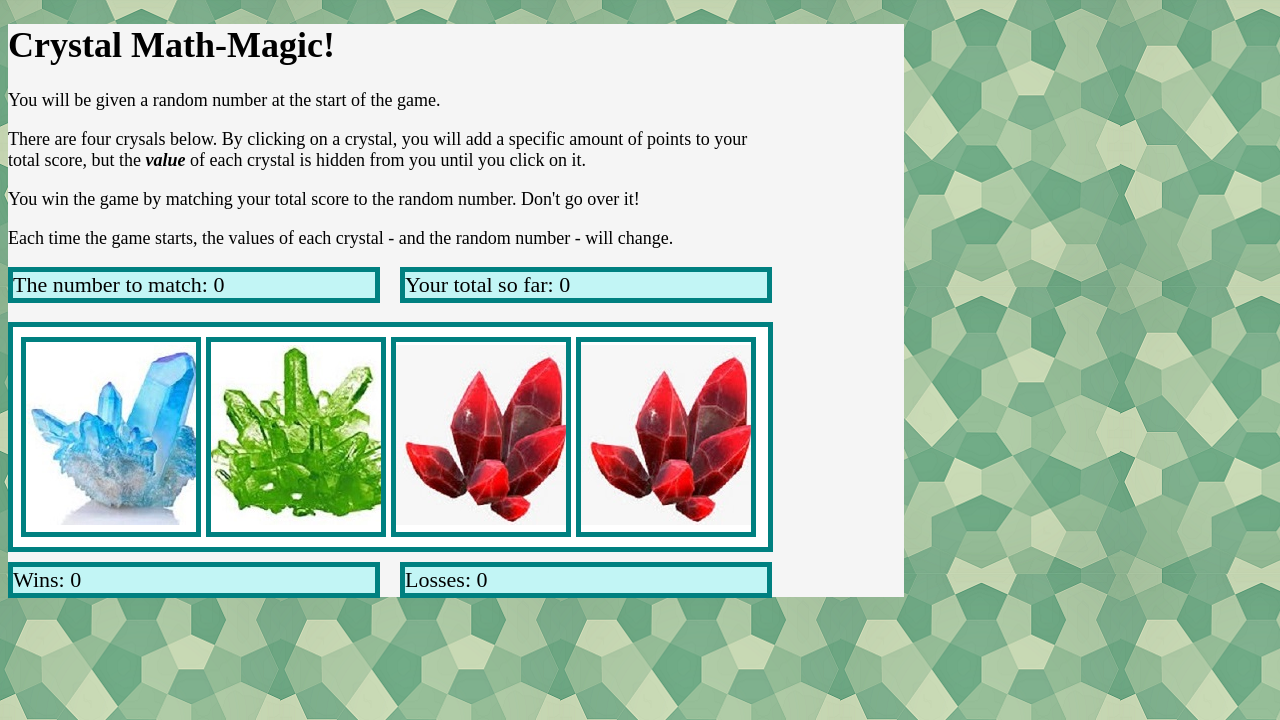
Repository: dsaftler/unit-4-game
Page: index.html
These files come from the project's save history. The page is drawn as it stood at one moment and after the next save; the edit follows.
The browser window is 1280 px wide. The pictures show the whole page.
Some web fonts or font styles are not loaded; a fallback is used.

Above is the page before, as saved 2019-04-01 22:45:04.

### index.html
<!DOCTYPE html>
<html lang="en">
<head>
  <meta charset="UTF-8">
  <meta name="viewport" content="width=device-width, initial-scale=1.0">
  <meta http-equiv="X-UA-Compatible" content="ie=edge">
  <link rel="stylesheet" href="assets/css/reset.css">
  <link rel="stylesheet" href="assets/css/style.css">
  <link href="https://fonts.googleapis.com/css?family=BioRhyme" rel="stylesheet">

  <title>Puzzle Crystal matching</title>
</head>
<body>
<div class="container">
  <h1>Crystal Math-Magic!</h1>
  <div class="instructions">
  <p>You will be given a random number at the start of the game.</p>
  <p>There are four crysals below.  By clicking on a crystal, you will add a specific amount of points to your total score, but the <strong><em>value</em></strong> of each crystal is hidden from you until you click on it.</p>
  <p>You win the game by matching your total score to the random number. Don't go over it!</p>
  <p>Each time the game starts, the values of each crystal - and the random number - will change.</p>
  </div>

  <div class="scoring-area">
    <div class="half first" id="randomTarget">The number to match: 0</div>
    <div class="half second" id="currentTotal">Your total so far: 0</div>
  </div>
  <div class="crystal-set">
    <div class="crystal clearfix" id="crystal_1"><img src="assets/images/crystal_1.jpg"></div>
    <div class="crystal clearfix" id="crystal_2"><img src="assets/images/crystal_2.jpg"></div>
    <div class="crystal clearfix" id="crystal_3"><img src="assets/images/crystal_3.jpg"></div>
    <div class="crystal clearfix" id="crystal_4"><img src="assets/images/crystal_4.jpg"></div>
  </div>
  <div class="scoring-area">
    <div class="half first" id="Wins">Wins: 0</div>
    <div class="half second" id="Losses">Losses: 0</div>
  </div>
</div>
    <script src="https://ajax.googleapis.com/ajax/libs/jquery/3.3.1/jquery.min.js"></script>

</body>
</html>

### assets/css/style.css
* {
  box-sizing: border-box;
}
body {
background-image: url("assets/images/congruent_pentagon.png");
width: 70%;
font-family: 'BioRhyme',serif;
font-size: 18px;

}
.container{
  background-color: whitesmoke;


}
.instructions{
  width: 765px;
}
.scoring-area{
  clear:both;
  width:765px;
  height: 35px;
  margin-bottom: 20px;
  margin-top:10px;
}
.half{
  float: left;
  width: 372px;
  background-color: rgb(194, 245, 245);
  border: 5px solid teal;
  font-size: 22px;

}
.first {margin-right: 10px;}
.second {margin-left: 10px;}
/* #randomTarget {color: teal;}
#currentTotal {color: teal;} */
.crystal-set{
  background-color: #ffffff;
  height: 230px;
  width: 765px;
  border:5px solid teal;
  padding: 5px;
  padding-left:8px;
}
.crystal{
  display: block;
  align-content: center;
  float: left;
  height: 200px;
  width: 180px;
  margin-right: 5px;
  margin-top: 5px;

  border: teal 5px solid;


}
.clearfix {
  overflow: hidden;
}

Loaded but not shown: assets/css/reset.css (no stored copy; drawn as an empty file)

After the next save:
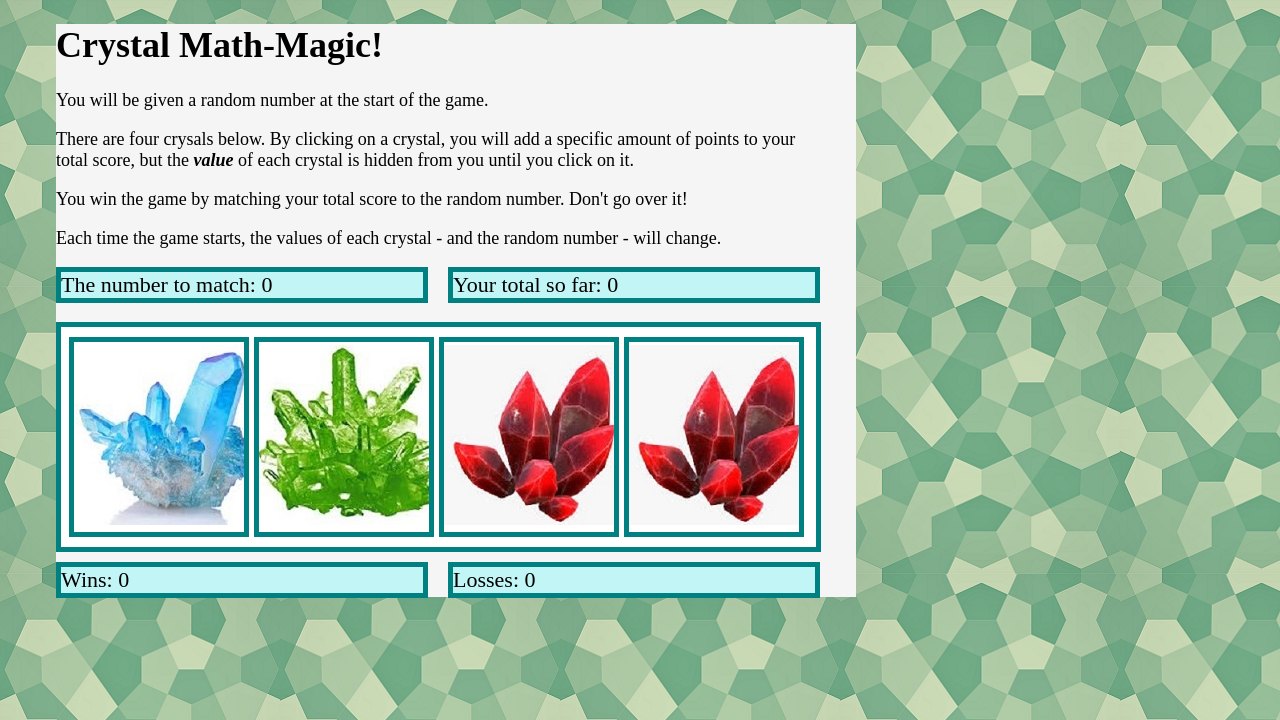
Saved 45 s later.
--- a/assets/css/style.css
+++ b/assets/css/style.css
@@ -10,6 +10,8 @@ font-size: 18px;
 }
 .container{
   background-color: whitesmoke;
+  width: 800px;
+  margin: auto;
 
 
 }
